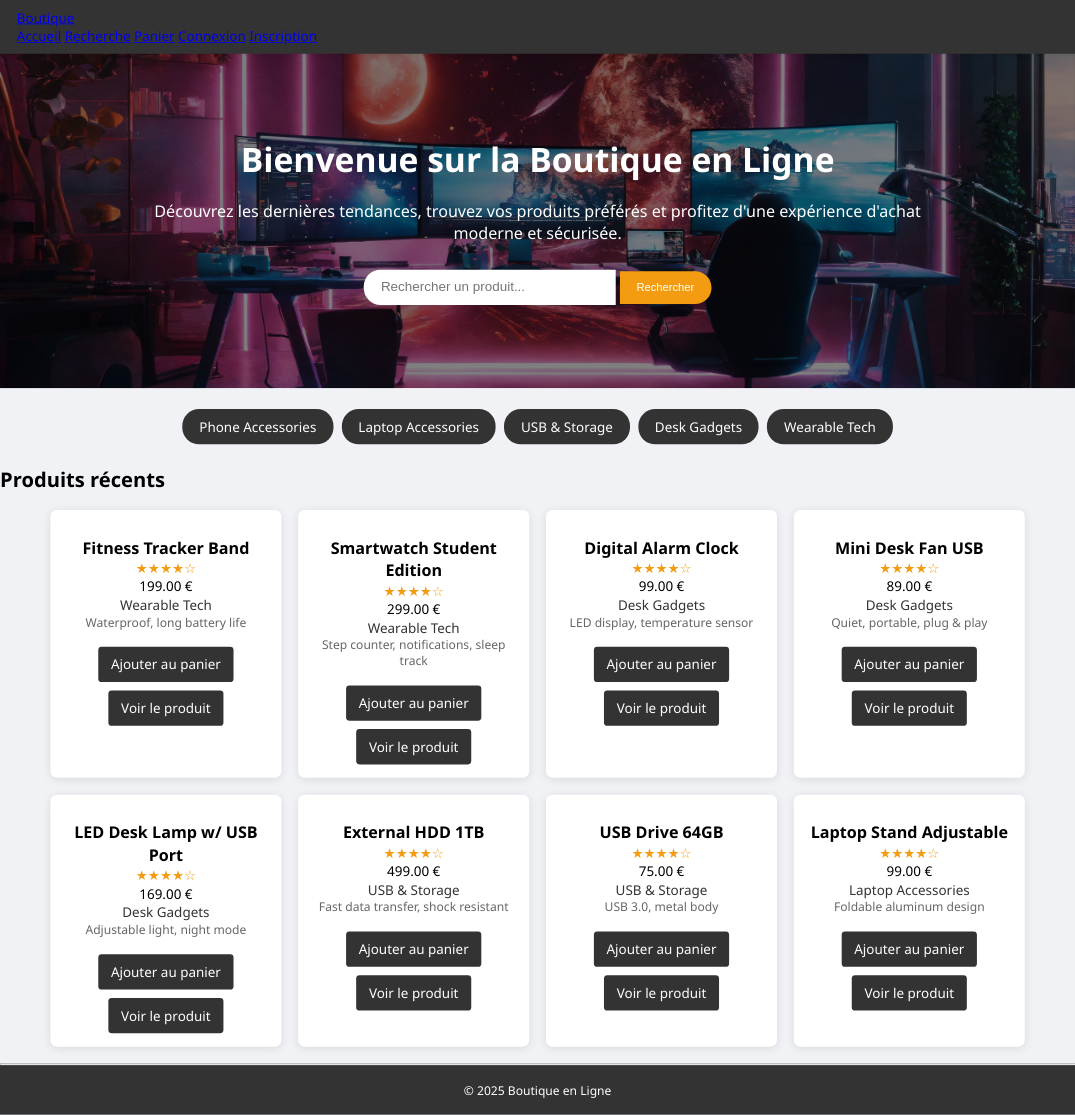
Repository: kiraj-walid/ecomerce
Page: http://localhost/
The author's editor kept a copy of each file at every save. The page is drawn from the files as they stood at one save, then again after the next save.
The browser window is 1280 px wide. The pictures show the whole page, at 84% of full size.
The page is run by PHP 8.4 with error messages shown; the project is at /var/www/html/. The database holds what the project's SQL file puts in it. Queries for data that is not in the repository find no rows.

Above is the page before, as saved 2025-05-07 15:15:00.

After the next save:
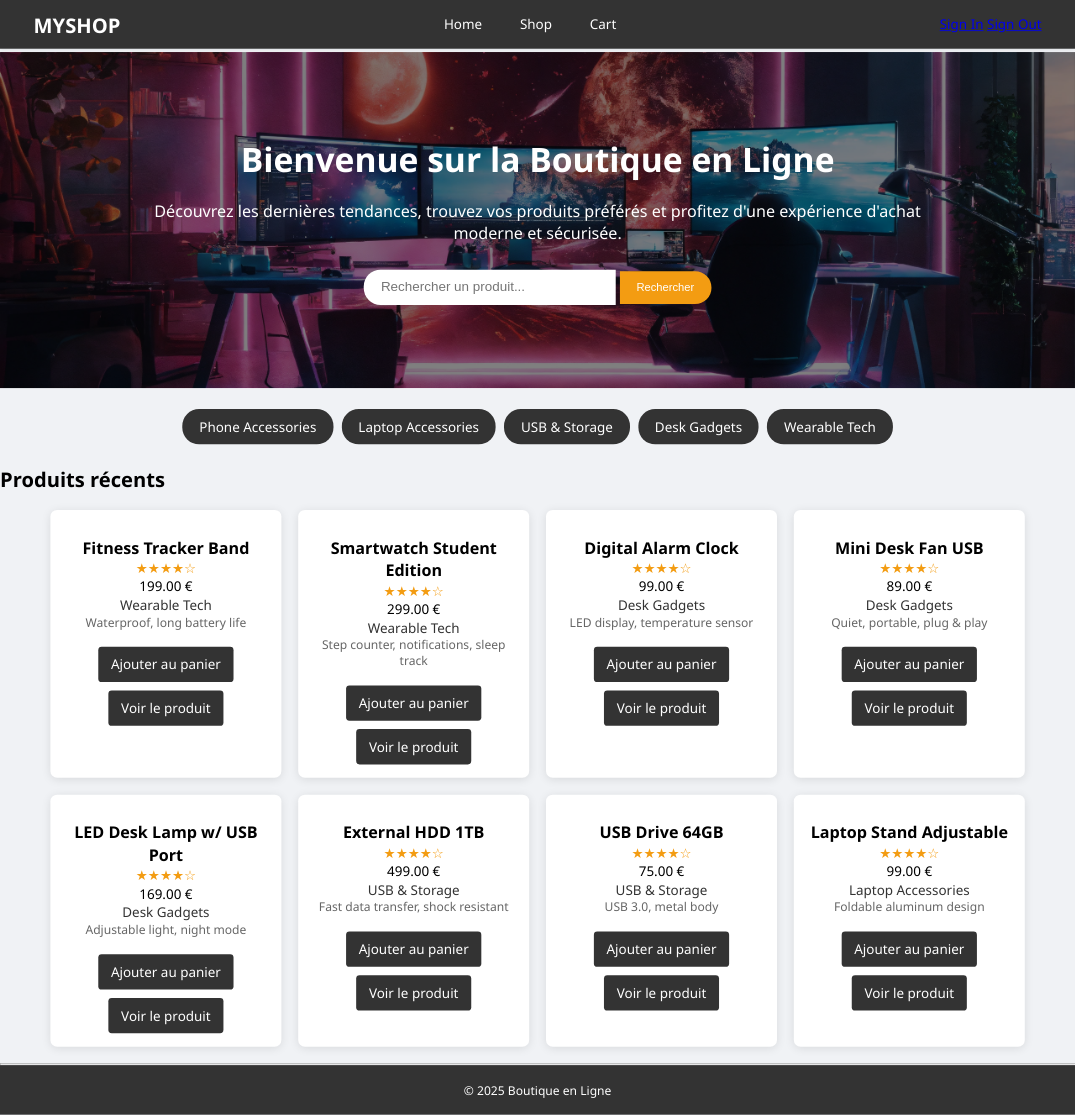
Saved 32 s later.
--- a/includes/header.php
+++ b/includes/header.php
@@ -9,25 +9,19 @@ require_once __DIR__ . '/functions.php';
     <link rel="stylesheet" href="assets/css/style.css">
 </head>
 <body>
-<nav class="navbar">
-    <div class="navbar-container">
-        <a href="index.php" class="navbar-logo">Boutique</a>
-        <div class="navbar-links">
-            <a href="index.php">Accueil</a>
-            <a href="search.php">Recherche</a>
-            <a href="cart.php">Panier</a>
-            <?php if (is_logged_in()): ?>
-                <?php if (is_admin()): ?>
-                    <a href="admin/dashboard.php">Admin</a>
-                <?php else: ?>
-                    <a href="profile.php">Mon Profil</a>
-                <?php endif; ?>
-                <a href="logout.php" class="logout">Déconnexion</a>
-            <?php else: ?>
-                <a href="login.php">Connexion</a>
-                <a href="register.php">Inscription</a>
-            <?php endif; ?>
+<nav>
+    <div class="nav-container">
+        <a href="#" class="logo">MyShop</a>
+        <div class="nav-links">
+            <a href="index.php">Home</a>
+            <a href="shop.php">Shop</a>
+            <a href="cart.php">Cart</a>
+        </div>
+        <div class="auth-links">
+            <a href="login.php" class="sign-in-btn">Sign In</a>
+            <a href="logout.php" class="sign-out-btn">Sign Out</a>
         </div>
     </div>
 </nav>
+
 <hr>
